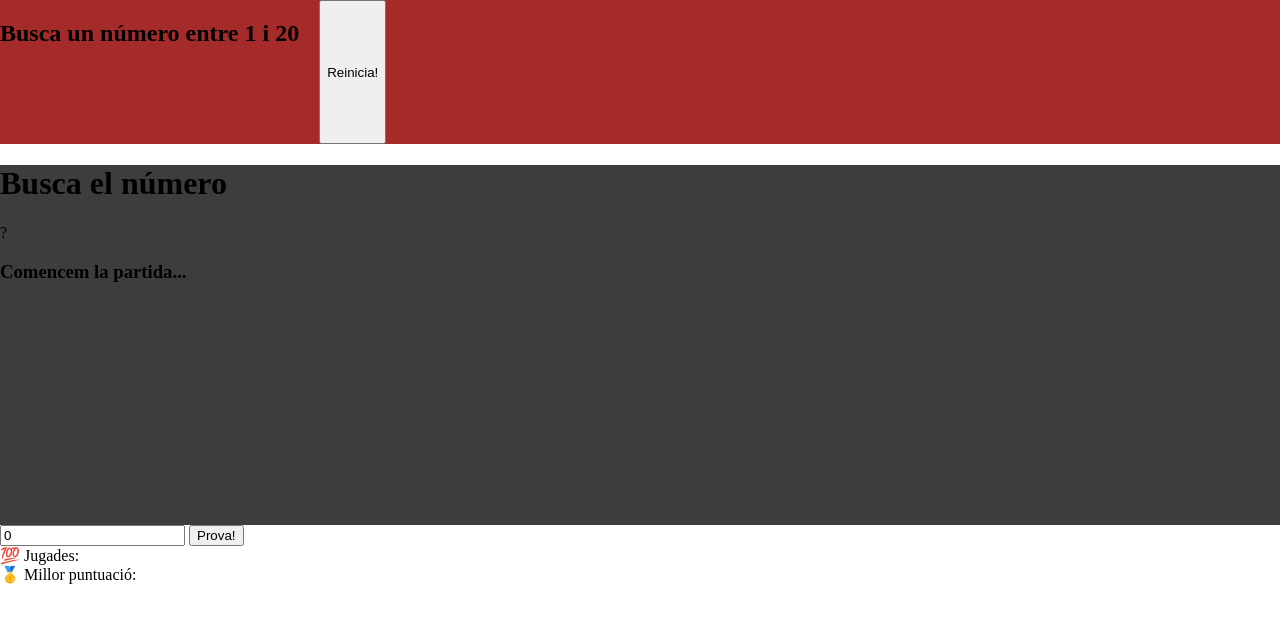
Repository: rdalmau23/M06_01
Page: index.html
An editor plug-in stored every save of this project. The page is shown before and after the next save, followed by the edit.
The browser window is 1280 px wide. The pictures show the whole page.

Above is the page before, as saved 2024-10-11 11:19:16.

After the next save:
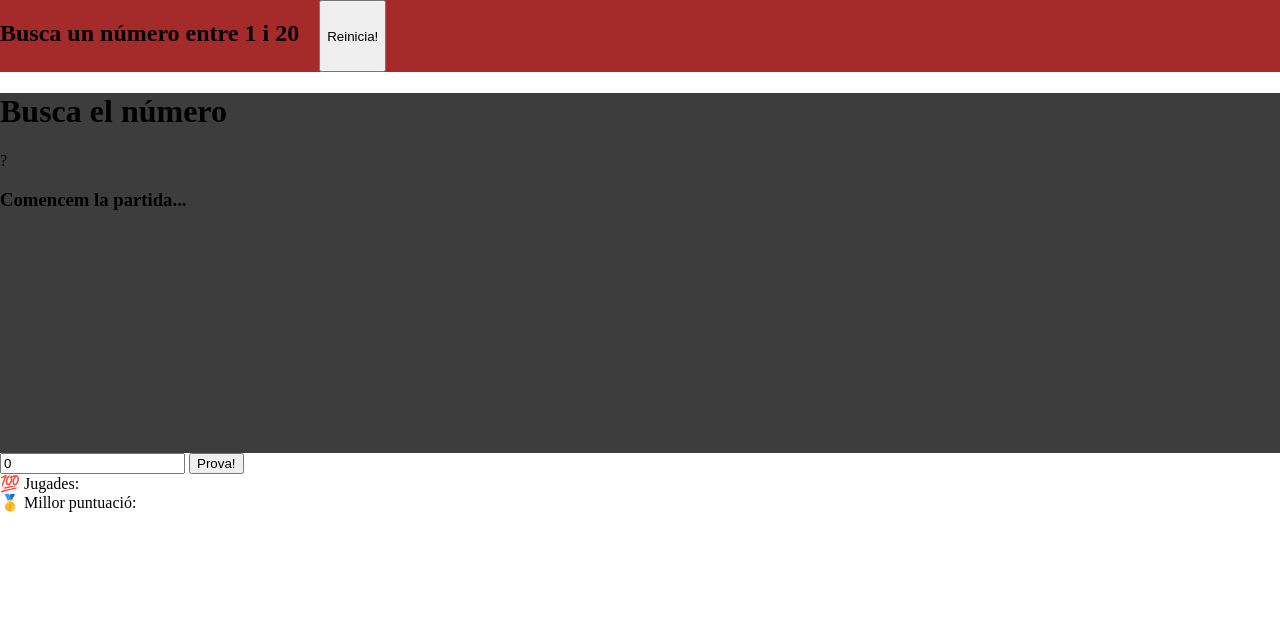
Saved 9 s later.
--- a/style.css
+++ b/style.css
@@ -10,7 +10,7 @@ header{
     background-color: brown;
     display: flex;
     gap: 20px;
-    height: 20%;
+    height: 10%;
 }
 main{
     background-color: rgb(61, 61, 61);
